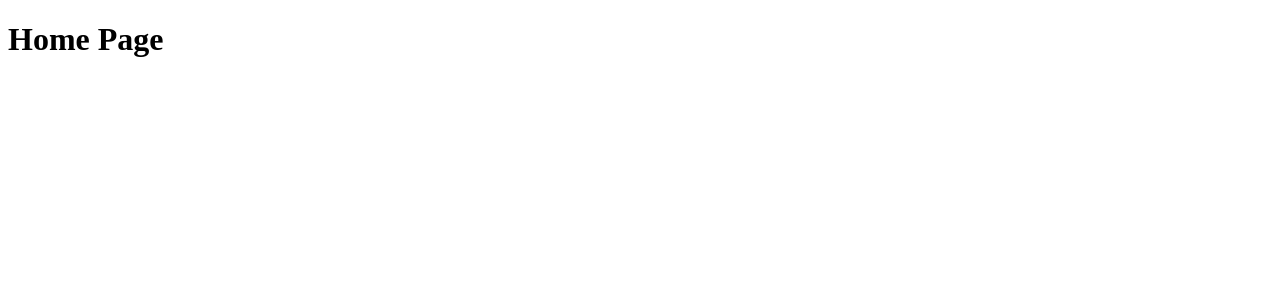
Repository: DhiyaAdha/coursestep
Page: /
These files come from the project's save history. The page is drawn as it stood at one moment and after the next save; the edit follows.
The browser window is 1280 px wide. The pictures show the whole page.
The project was rebuilt for these pictures with package versions that can differ from the ones it lists, and the page was loaded fresh each time. Also part of the build but not shown: vite.config.js.

Above is the page before, as saved 2025-07-05 21:57:07.

### src/App.jsx

import React from "react";
import { createBrowserRouter, RouterProvider } from "react-router";

// PAGE IMPORT
import DashboardLayout from "./pages/DashboardLayout.jsx";

const router = createBrowserRouter([
  {
  path: '/',
  element:
    <h1>Home Page</h1>,
},
{
  path: '/about',
  element: (
  <div>
    <h1>About Us</h1>
  </div>
  ),
}
]);

const App = () => {
  return <RouterProvider router={router}/>
};

export default App

### src/pages/DashboardLayout.jsx
const DashboardLayout = () => {
    return <h1>Dashboard Layout</h1>
}
export default DashboardLayout

Loaded but not shown: index.html (common file); src/main.jsx (common file)

After the next save:
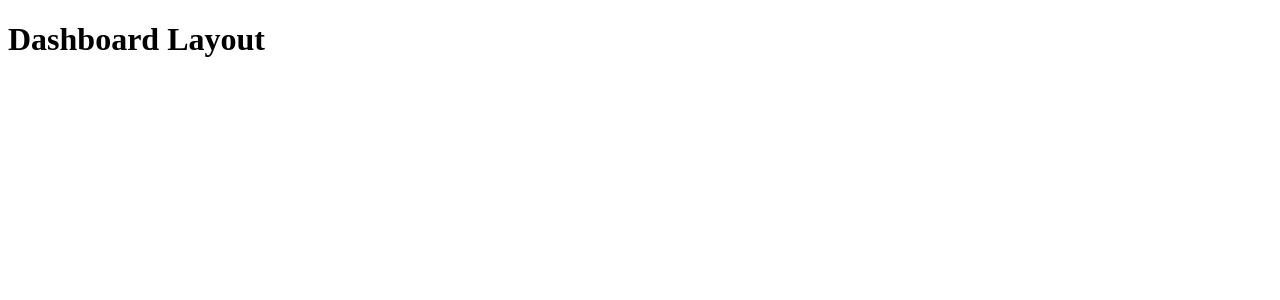
Saved 6 s later.
--- a/src/App.jsx
+++ b/src/App.jsx
@@ -9,7 +9,7 @@
   {
   path: '/',
   element:
-    <h1>Home Page</h1>,
+    <DashboardLayout />,
 },
 {
   path: '/about',
